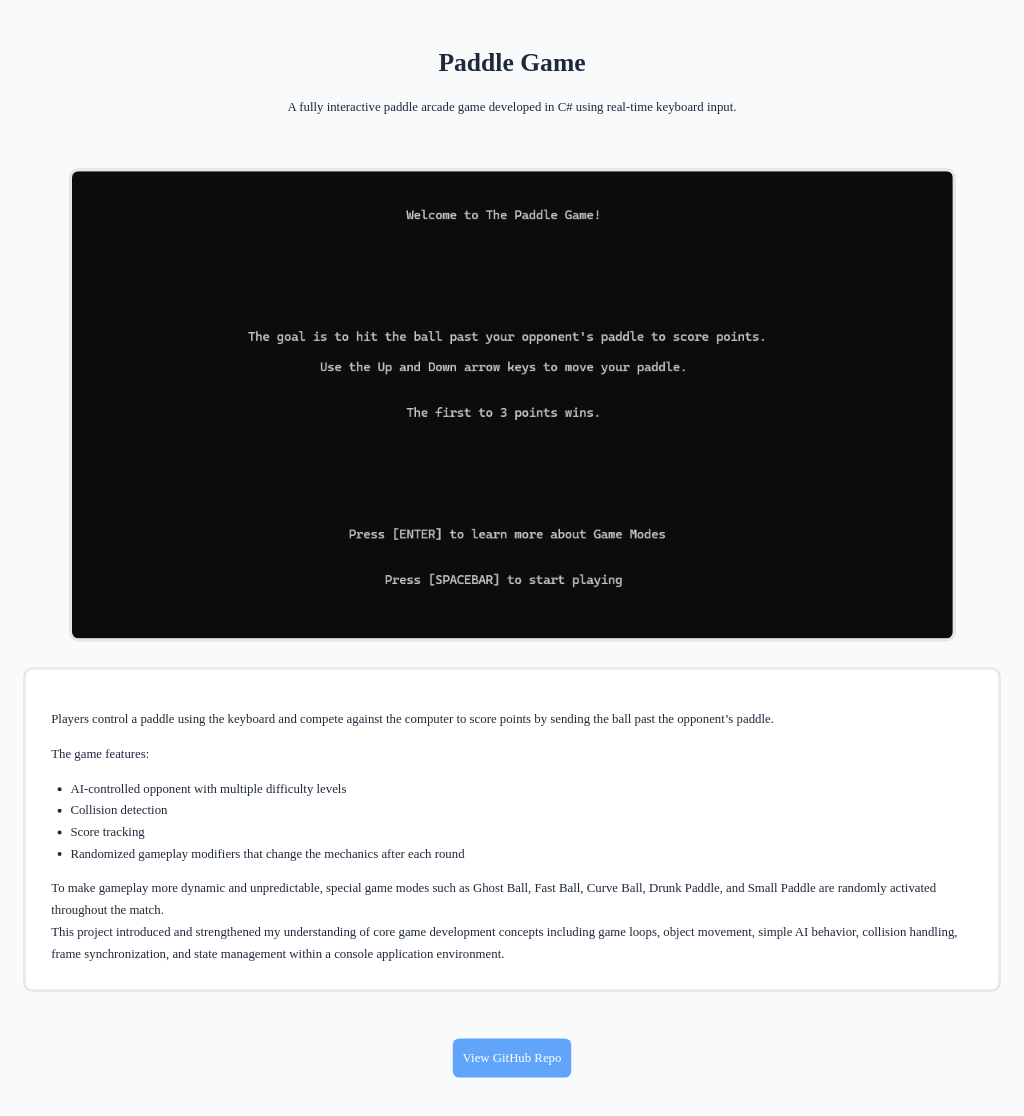
Repository: alison-cunningham/alison-cunningham
Page: pages/paddle-game.html
An editor plug-in stored every save of this project. The page is shown before and after the next save, followed by the edit.
The browser window is 1280 px wide. The pictures show the whole page, at 80% of full size.
Some web fonts or font styles are not loaded; a fallback is used.

Above is the page before, as saved 2026-05-08 21:24:48.

After the next save:
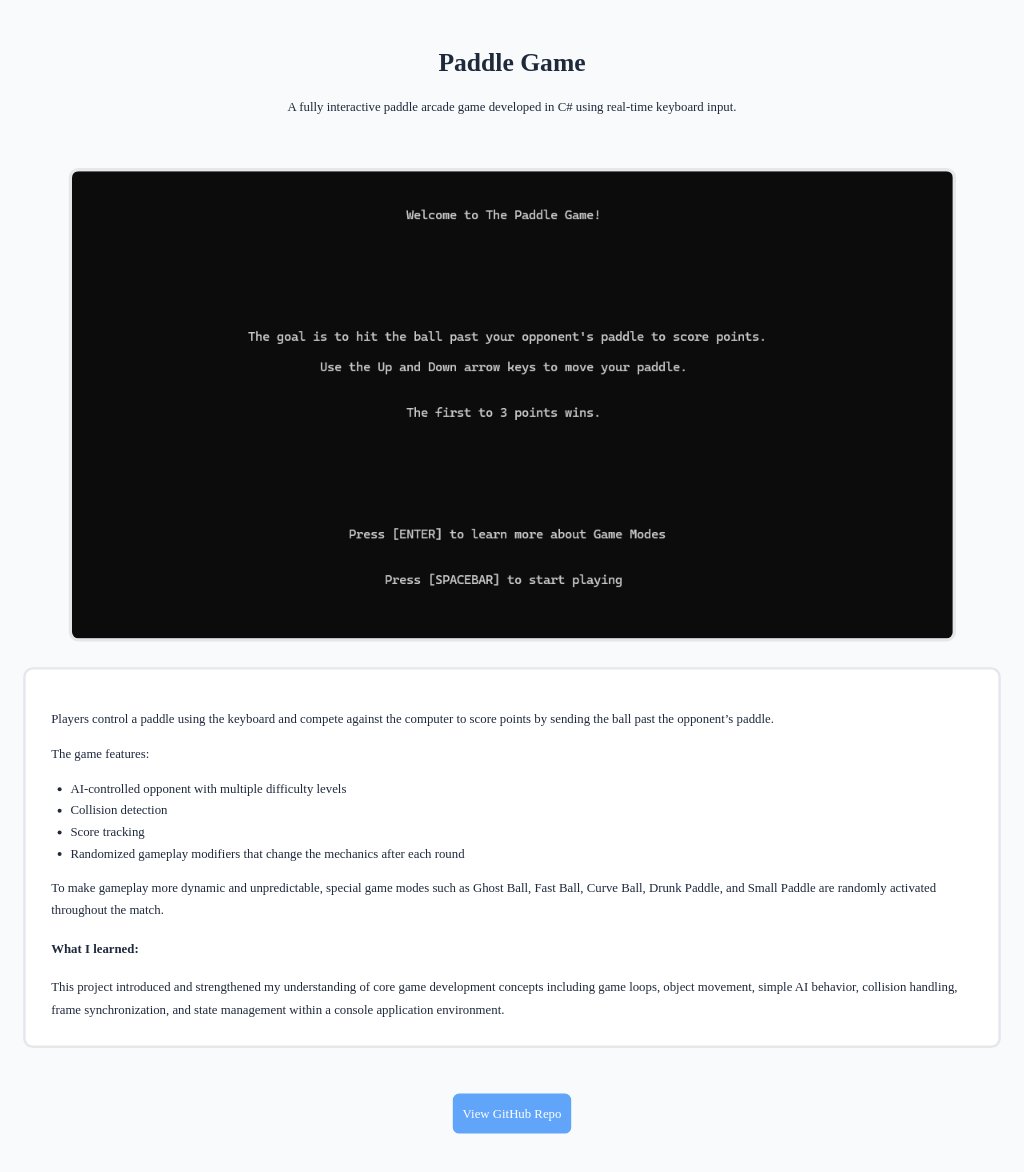
Saved 71 s later.
--- a/pages/paddle-game.html
+++ b/pages/paddle-game.html
@@ -34,6 +34,7 @@
 
         To make gameplay more dynamic and unpredictable, special game modes such as Ghost Ball, Fast Ball, Curve Ball, Drunk Paddle, and Small Paddle are randomly activated throughout the match.
         <br>
+        <h4>What I learned:</h4>
         This project introduced and strengthened my understanding of core game development concepts including game loops, object movement, simple AI behavior, collision handling, frame synchronization, and state management within a console application environment.
     </section>
 
